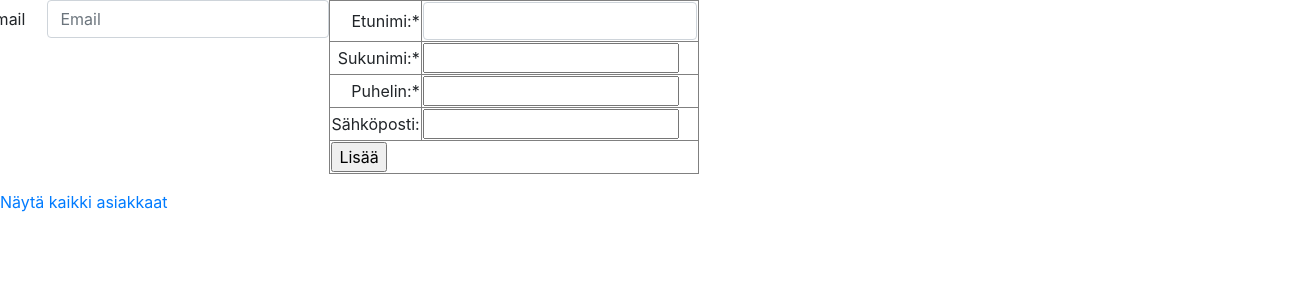
Repository: sarastu5/javaohjelmointi
Page: http://localhost/AsiakkaatWeb/lisaaasiakas.jsp
An editor plug-in stored every save of this project. The page is shown before and after the next save, followed by the edit.
The browser window is 1280 px wide. The page is 1295 px wide, so the pictures cover 1295 px, including what lies to the right of the window. The pictures show the whole page.
Some web libraries are served in a nearby version. The page is served by Tomcat 9. The session is filled in as if someone had signed in: {"kayttaja": 1}. Other server files are loaded and not shown.

Above is the page before, as saved 2018-05-04 18:34:33.

### Java EE/AsiakkaatWeb/WebContent/lisaaasiakas.jsp
<%@include file="onkokirjauduttu.jsp" %>
<%@ page language="java" contentType="text/html; charset=ISO-8859-1"
    pageEncoding="ISO-8859-1"%>
<!DOCTYPE html PUBLIC "-//W3C//DTD HTML 4.01 Transitional//EN" "http://www.w3.org/TR/html4/loose.dtd">
<html>
<head>
<meta http-equiv="Content-Type" content="text/html; charset=ISO-8859-1">
<script src="https://ajax.googleapis.com/ajax/libs/jquery/3.1.1/jquery.min.js"></script>
<link rel="stylesheet" type="text/css" href="main.css">
<link rel="stylesheet" href="https://stackpath.bootstrapcdn.com/bootstrap/4.1.0/css/bootstrap.min.css" integrity="sha384-9gVQ4dYFwwWSjIDZnLEWnxCjeSWFphJiwGPXr1jddIhOegiu1FwO5qRGvFXOdJZ4" crossorigin="anonymous">
<title>Asiakkaiden lisäys</title>
</head>
<body>
	<div id="error"></div>
	<form class="form-group row" action="LisaaAsiakas" method="post" name="lisaaLomake" onsubmit="return validateForm()" id="lisaaLomake">
		<div class="form-group row">
    <label for="inputEmail3" class="col-sm-2 col-form-label">Email</label>
    <div class="col-sm-10">
      <input type="email" class="form-control" id="inputEmail3" placeholder="Email">
    </div>
  </div>








		<table border="1">
			<tr>
				<td align="right">Etunimi:*</td>
				<td><input type="text" class="form-control" name="etunimi" id="etunimi"></td>
			</tr>
			<tr>
				<td align="right">Sukunimi:*</td>
				<td><input type="text" name="sukunimi" id="sukunimi"></td>
			</tr>
			<tr>
				<td align="right">Puhelin:*</td>
				<td><input type="text" name="puhelin" id="puhelin"></td>
			</tr>
			<tr>
				<td align="right">Sähköposti:</td>
				<td><input type="text" name="sposti" id="sposti"></td>
			</tr>
			<tr>
				<td colspan="2"><input type="submit" value="Lisää"></td>
			</tr>
		</table>
	</form>

	<a href="haeasiakkaat.jsp">Näytä kaikki asiakkaat</a>

	<script>
		function validateForm() {
			var error = "";

			var etunimi = document.forms["lisaaLomake"]["etunimi"].value;
			if (etunimi == "") {
				error = error + "Etunimi on pakollinen<br>";
			}

			var sukunimi = document.forms["lisaaLomake"]["sukunimi"].value;
			if (sukunimi == "") {
				error = error + "Sukunimi on pakollinen<br>";
			}

			var puhelin = document.forms["lisaaLomake"]["puhelin"].value;
			if (puhelin == "") {
				error = error + "Puhelinnumero on pakollinen<br>";
			}

			if (error !== "") {
				$("#error").html(error);
				return false;
			}
		}
	</script>

	<script src="https://code.jquery.com/jquery-3.3.1.slim.min.js" integrity="sha384-q8i/X+965DzO0rT7abK41JStQIAqVgRVzpbzo5smXKp4YfRvH+8abtTE1Pi6jizo" crossorigin="anonymous"></script>
	<script src="https://cdnjs.cloudflare.com/ajax/libs/popper.js/1.14.0/umd/popper.min.js" integrity="sha384-cs/chFZiN24E4KMATLdqdvsezGxaGsi4hLGOzlXwp5UZB1LY//20VyM2taTB4QvJ" crossorigin="anonymous"></script>
	<script src="https://stackpath.bootstrapcdn.com/bootstrap/4.1.0/js/bootstrap.min.js" integrity="sha384-uefMccjFJAIv6A+rW+L4AHf99KvxDjWSu1z9VI8SKNVmz4sk7buKt/6v9KI65qnm" crossorigin="anonymous"></script>
</body>
</html>

### Java EE/AsiakkaatWeb/WebContent/onkokirjauduttu.jsp
<%
if (session.getAttribute("kayttaja")==null) {
	response.sendRedirect("index.jsp");
	return;
}
%>

### Java EE/AsiakkaatWeb/WebContent/main.css
td.otsikko {
	font-weight: bold;
}

After the next save:
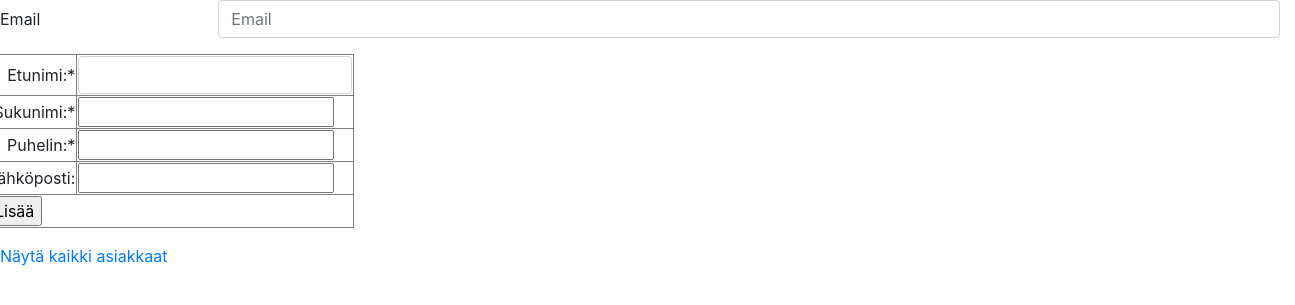
Saved 47 s later.
--- a/Java EE/AsiakkaatWeb/WebContent/lisaaasiakas.jsp
+++ b/Java EE/AsiakkaatWeb/WebContent/lisaaasiakas.jsp
@@ -12,21 +12,19 @@
 </head>
 <body>
 	<div id="error"></div>
-	<form class="form-group row" action="LisaaAsiakas" method="post" name="lisaaLomake" onsubmit="return validateForm()" id="lisaaLomake">
+
+	<form>
 		<div class="form-group row">
     <label for="inputEmail3" class="col-sm-2 col-form-label">Email</label>
     <div class="col-sm-10">
       <input type="email" class="form-control" id="inputEmail3" placeholder="Email">
     </div>
   </div>
+	</form>
 
 
 
-
-
-
-
-
+	<form class="form-group row" action="LisaaAsiakas" method="post" name="lisaaLomake" onsubmit="return validateForm()" id="lisaaLomake">
 		<table border="1">
 			<tr>
 				<td align="right">Etunimi:*</td>
